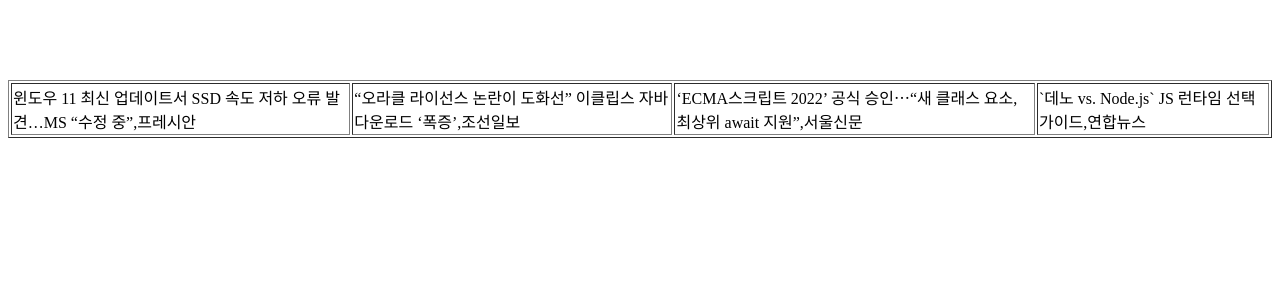
Repository: mnemion/BackendClass
Page: example/src/main/webapp/js15.html
The author's editor kept a copy of each file at every save. The page is drawn from the files as they stood at one save, then again after the next save.
The browser window is 1280 px wide. The pictures show the whole page.

Above is the page before, as saved 2023-09-04 03:04:53.

After the next save:
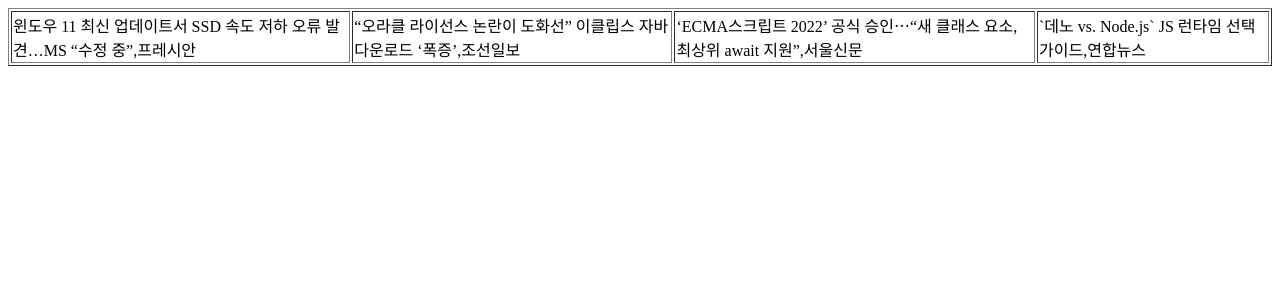
Saved 16 s later.
--- a/example/src/main/webapp/js15.html
+++ b/example/src/main/webapp/js15.html
@@ -7,10 +7,10 @@
 <body>
 	<table border="1" id="news">
 		<tr>
-			<td id="pd0"></td><br>
-			<td id="pd1"></td><br>
-			<td id="pd2"></td><br>
-			<td id="pd3"></td><br>
+			<td id="pd0"></td>
+			<td id="pd1"></td>
+			<td id="pd2"></td>
+			<td id="pd3"></td>
 		</tr>
 	</table>
 </body>
